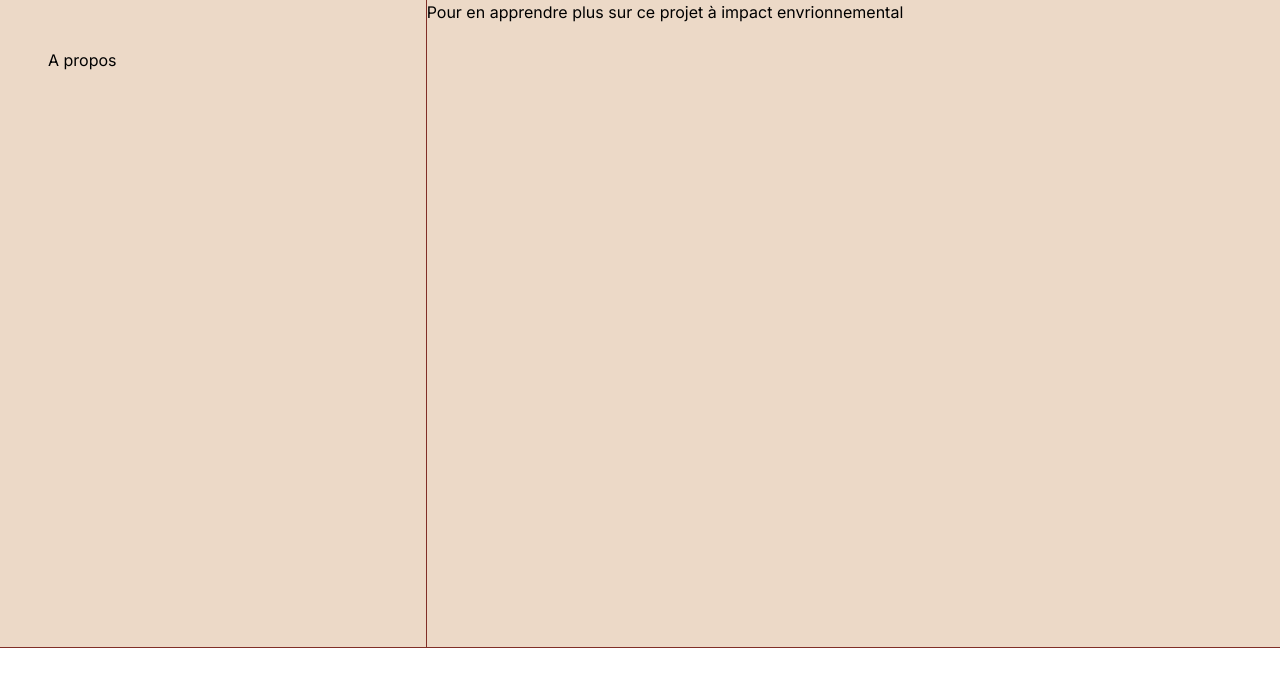
Repository: Neewd/adaozan
Page: /a-propos
An editor plug-in stored every save of this project. The page is shown before and after the next save, followed by the edit.
The browser window is 1280 px wide. The pictures show the whole page.
The project was rebuilt for these pictures with package versions that can differ from the ones it lists, and the page was loaded fresh each time. The framework's server and built-in components were replaced by stand-ins that run in the browser. Also part of the build but not shown: next.config.js.

Above is the page before, as saved 2023-08-26 10:14:35.

### app/a-propos/page.tsx
import Image from "next/image";
import ImageCovered from "../components/ImageCovered";

export default function About() {
	return (
		<>
			<div className="flex top-0 sticky w-full z-1 h-[90vh] border-b border-brown-100 bg-cream-100">
				<div className="basis-4/12 p-12 border-r border-brown-100">
					<h1 className="">A propos</h1>
				</div>
				<div className="basis-8/12 relative">
					<div className="">
						<span>
							Pour en apprendre plus sur ce projet à impact
							envrionnemental
						</span>
					</div>
				</div>
			</div>
		</>
	);
}

Loaded but not shown: app/layout.tsx (common file); app/globals.css (common file); tailwind.config.js (common file)

After the next save:
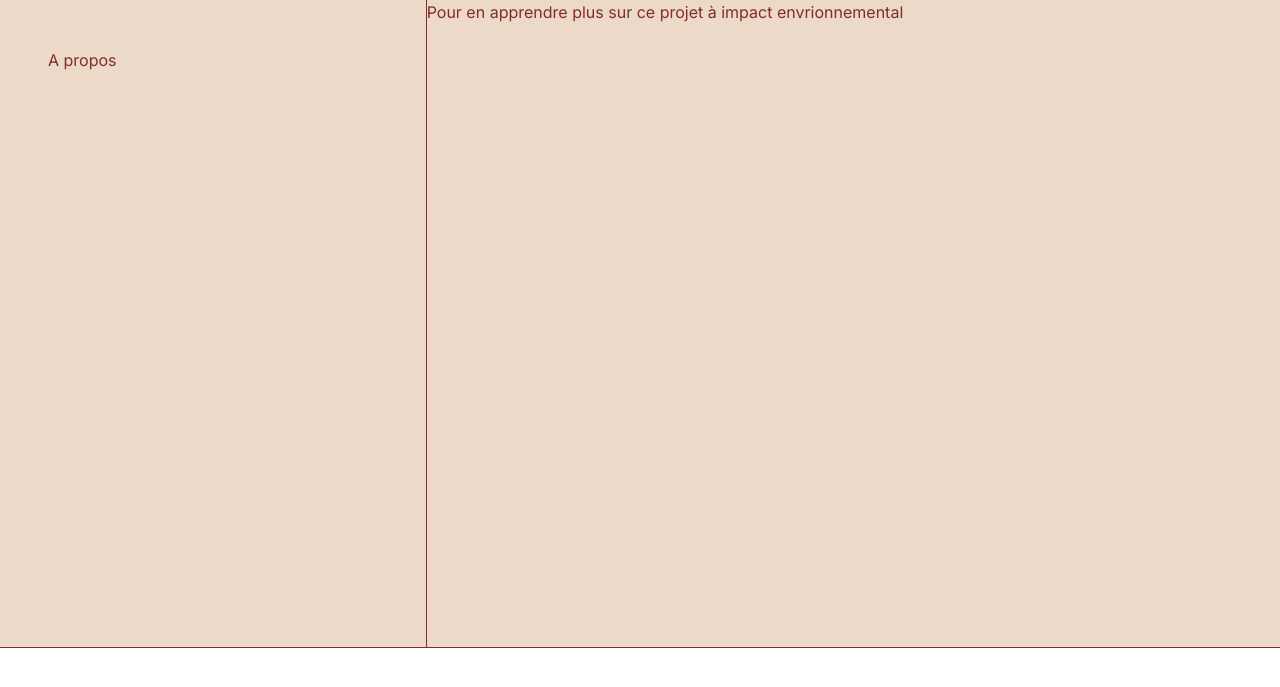
Saved 16 s later.
--- a/app/a-propos/page.tsx
+++ b/app/a-propos/page.tsx
@@ -4,7 +4,7 @@ import ImageCovered from "../components/ImageCovered";
 export default function About() {
 	return (
 		<>
-			<div className="flex top-0 sticky w-full z-1 h-[90vh] border-b border-brown-100 bg-cream-100">
+			<div className="flex top-0 sticky w-full z-1 h-[90vh] border-b border-brown-100 bg-cream-100 text-brown-100">
 				<div className="basis-4/12 p-12 border-r border-brown-100">
 					<h1 className="">A propos</h1>
 				</div>
